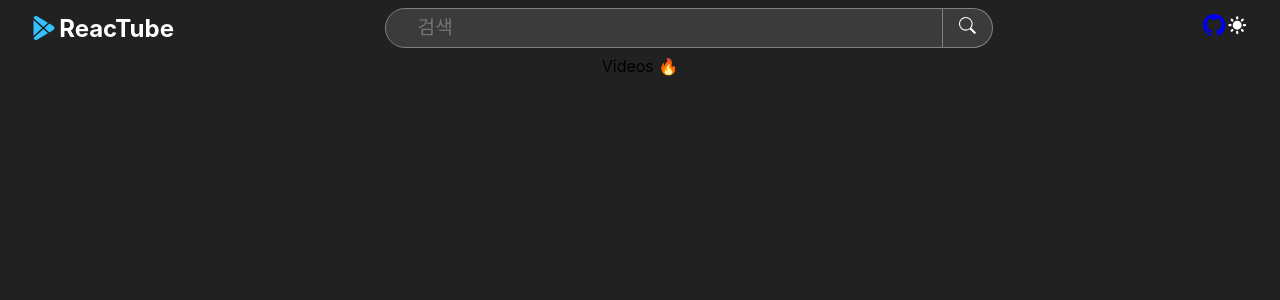
Repository: MrJinkyu/youtube
Page: /
An editor plug-in stored every save of this project. The page is shown before and after the next save, followed by the edit.
The browser window is 1280 px wide. The pictures show the whole page.
The project was rebuilt for these pictures with package versions that can differ from the ones it lists, and the page was loaded fresh each time. Also part of the build but not shown: src/pages/NotFound.jsx, src/pages/VideoDetail.jsx.

Above is the page before, as saved 2023-05-09 18:07:41.

### public/index.html
<!DOCTYPE html>
<html lang="en">
  <head>
    <meta charset="utf-8" />
    <link rel="icon" href="%PUBLIC_URL%/favicon.ico" />
    <meta name="viewport" content="width=device-width, initial-scale=1" />
    <meta name="theme-color" content="#000000" />
    <meta
      name="description"
      content="Web site created using create-react-app"
    />
    <link rel="apple-touch-icon" href="%PUBLIC_URL%/logo192.png" />
    <!--
      manifest.json provides metadata used when your web app is installed on a
      user's mobile device or desktop. See https://developers.google.com/web/fundamentals/web-app-manifest/
    -->
    <link rel="manifest" href="%PUBLIC_URL%/manifest.json" />
    <!--
      Notice the use of %PUBLIC_URL% in the tags above.
      It will be replaced with the URL of the `public` folder during the build.
      Only files inside the `public` folder can be referenced from the HTML.

      Unlike "/favicon.ico" or "favicon.ico", "%PUBLIC_URL%/favicon.ico" will
      work correctly both with client-side routing and a non-root public URL.
      Learn how to configure a non-root public URL by running `npm run build`.
    -->
    <title>ReacTube</title>
  </head>
  <body>
    <noscript>You need to enable JavaScript to run this app.</noscript>
    <div id="root"></div>
    <!--
      This HTML file is a template.
      If you open it directly in the browser, you will see an empty page.

      You can add webfonts, meta tags, or analytics to this file.
      The build step will place the bundled scripts into the <body> tag.

      To begin the development, run `npm start` or `yarn start`.
      To create a production bundle, use `npm run build` or `yarn build`.
    -->
  </body>
</html>

### src/index.js
import React from 'react';
import ReactDOM from 'react-dom/client';
import './index.css';
import App from './App';
import reportWebVitals from './reportWebVitals';
import {
  createBrowserRouter,
  RouterProvider,
} from "react-router-dom";
import NotFound from './pages/NotFound';
import Videos from './pages/Videos';
import VideoDetail from './pages/VideoDetail';

const router = createBrowserRouter([
  {
    path: "/",
    element: <App/>,
    errorElement: <NotFound/>,
    children: [
      { index: true, element: <Videos/> },
      { path: '/videos', element: <Videos/> },
      { path: '/videos/:keyword', element: <Videos/> },
      { path: '/videos/watch/:videoId', element: <VideoDetail/> }
    ]
  },
]);

const root = ReactDOM.createRoot(document.getElementById('root'));
root.render(
  <React.StrictMode>
    <RouterProvider router={router} />
  </React.StrictMode>
);

// If you want to start measuring performance in your app, pass a function
// to log results (for example: reportWebVitals(console.log))
// or send to an analytics endpoint. Learn more: https://bit.ly/CRA-vitals
reportWebVitals();

### src/index.css
*{
  box-sizing: border-box;
  padding: 0;
  margin: 0;
}

button{
  cursor: pointer;
  border: none;
  outline: none;
  background-color: transparent;
}

body {
  margin: 0;
  font-family: -apple-system, BlinkMacSystemFont, 'Segoe UI', 'Roboto', 'Oxygen',
    'Ubuntu', 'Cantarell', 'Fira Sans', 'Droid Sans', 'Helvetica Neue',
    sans-serif;
  -webkit-font-smoothing: antialiased;
  -moz-osx-font-smoothing: grayscale;
  background-color: #212121;
  width: 100%;
  height: 100%;
  text-align: center;
}

code {
  font-family: source-code-pro, Menlo, Monaco, Consolas, 'Courier New',
    monospace;
}

### src/App.js
import './App.css';
import SearchHeader from './components/SearchHeader';
import { Outlet } from 'react-router-dom';

function App() {
  return (
    <div className="App">
      <SearchHeader/>
      <Outlet/>
    </div>
  );
}

export default App;

### src/pages/Videos.jsx
import React from 'react';
import { useParams } from 'react-router-dom';

export default function Videos() {
    const { keyword } = useParams();
    return (
        <div>
            Videos {keyword ? `🔍${keyword}` : '🔥'}
        </div>
    );
}

### src/App.css
.App{
    width: 100%;
    height: 100%;
    max-width: 1536px;
    margin: 0 auto;
}

### src/components/SearchHeader.jsx
import React, { useEffect, useState } from 'react';
import { BsGooglePlay, BsSearch, BsGithub } from 'react-icons/bs';
import { HiSun } from 'react-icons/hi';
import { useNavigate, useParams, Link } from 'react-router-dom';
import styles from './SearchHeader.module.css';

export default function SearchHeader() {
    const { keyword } = useParams();
    const navigate = useNavigate();
    const [text, setText] = useState('');
    const handleChange = (e) => setText(e.target.value);
    const handleSubmit = (e) => {
        e.preventDefault();
        if(text.trim().length === 0){
            return ;
        }
        navigate(`/videos/${text}`);
        setText('');
    }
    useEffect(() => {
        setText(keyword || '');
    },[keyword]);
    return (
        <header className={styles.header}>
            <Link to='/' className={styles.logo}>
                <BsGooglePlay className={styles.icon}/>
                <h1 className={styles.title}>ReacTube</h1>
            </Link>
            <form onSubmit={handleSubmit} className={styles.form}>
                <input
                    className={styles.text}
                    type="text"
                    placeholder='검색'
                    value={text}
                    onChange={handleChange}
                />
                <button className={styles.searchBtn}><BsSearch/></button>
            </form>
            <div className={styles.btns}>
                <button className={styles.btn}>
                    <a className={styles.link} href='https://github.com/MrJinkyu?tab=repositories' target='blank'>
                        <BsGithub/>
                    </a>
                </button>
                <button className={styles.btn}>
                    <HiSun className={styles.mode}/>
                </button>
            </div>
        </header>
    );
}

### src/components/SearchHeader.module.css
header{
    padding: 0.5rem 2rem;
    width: 100%;
    display:  flex;
    justify-content: space-between;
    align-items: center;
}

.logo{
    text-decoration: none;
    display: flex;
    align-items: center;
}

.icon{
    color: #33c2ff;
    font-size: 1.5rem;
    margin-right: 0.2rem;
}

.title{
    color: white;
    font-size: 1.5rem;
}

.form{
    width: 50%;
    display: flex;
    justify-content: center;
    align-items: center;
}

.text{
    width: 100%;
    border: 1px solid grey;
    border-top-left-radius: 1.5rem;
    border-bottom-left-radius: 1.5rem;
    padding: 0.5rem 2rem;
    font-size: 1.2rem;
    color: white;
    outline: none;
    background-color: #3b3b3b;
}

.text:hover{
    border-color: #33c2ff;
}

.searchBtn{
    border: 1px solid grey;
    border-top-right-radius: 1.5rem;
    border-bottom-right-radius: 1.5rem;
    border-left: none;
    padding: 0.5rem 1rem;
    font-size: 1.05rem;
    color: white;
    outline: none;
    background-color: #3b3b3b;
}

.searchBtn:hover{
    filter: brightness(125%);
}

.btns{
    display: flex;
    align-items: center;
}

.btn{
    color: white;
    font-size: 1.4rem;
    transition: all 150ms ease-out;
}

.btn:hover{
    transform: scale(1.1);
}

Loaded but not shown: src/reportWebVitals.js (common file)

After the next save:
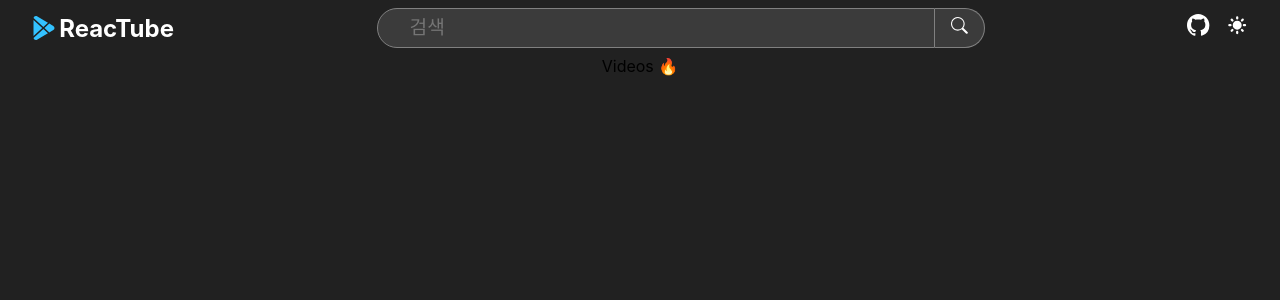
Saved 21 s later.
--- a/src/components/SearchHeader.module.css
+++ b/src/components/SearchHeader.module.css
@@ -67,6 +67,12 @@
     align-items: center;
 }
 
+.link{
+    color: white;
+    text-decoration: none;
+    margin-right: 1rem;
+}
+
 .btn{
     color: white;
     font-size: 1.4rem;
